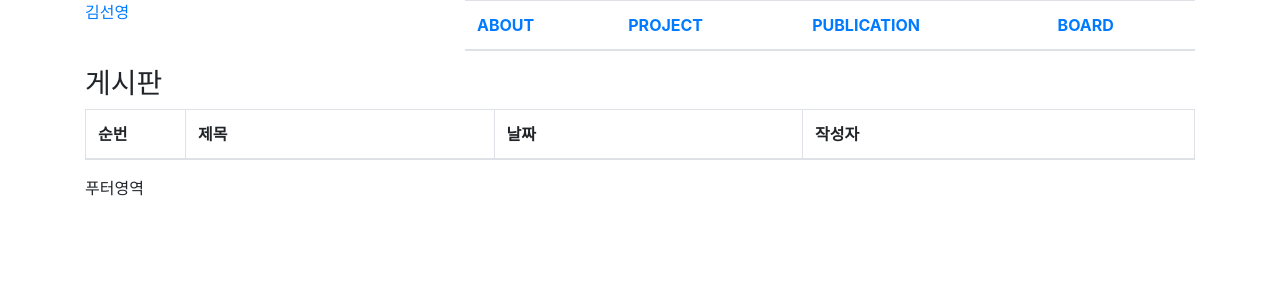
Repository: supremest35/web-projects
Page: http://localhost/noticeboard/board/list.jsp?pno=1
The author's editor kept a copy of each file at every save. The page is drawn from the files as they stood at one save, then again after the next save.
The browser window is 1280 px wide. The pictures show the whole page.
The page is served by Tomcat 9. Other server files are loaded and not shown.

Above is the page before, as saved 2020-12-06 03:39:55.

### noticeboard/WebContent/board/list.jsp
<%@ page language="java" contentType="text/html; charset=UTF-8"
    pageEncoding="UTF-8"%>
<!DOCTYPE html>
<html lang="ko">
<head>
  <title>Bootstrap 4 Example</title>
  <meta charset="utf-8">
  <meta name="viewport" content="width=device-width, initial-scale=1">
  <link rel="stylesheet" href="https://maxcdn.bootstrapcdn.com/bootstrap/4.5.2/css/bootstrap.min.css">
  <script src="https://ajax.googleapis.com/ajax/libs/jquery/3.5.1/jquery.min.js"></script>
  <script src="https://cdnjs.cloudflare.com/ajax/libs/popper.js/1.16.0/umd/popper.min.js"></script>
  <script src="https://maxcdn.bootstrapcdn.com/bootstrap/4.5.2/js/bootstrap.min.js"></script>
</head>
<body>
<div class="container">
	<div class="row">
		<div class="col-2"><a href="index.jsp">김선영</a></div>
		<div class="col-2"></div>
		<div class="col-8">
			<table class="table">
				<thead>
					<tr>
						<th><a href="">ABOUT</a></th>
						<th><a href="">PROJECT</a></th>
						<th><a href="">PUBLICATION</a></th>
						<th><a href="board/list.jsp">BOARD</a></th>
					</tr>
				</thead>
			</table>
		</div>
	</div>
	<div class="row">
		<div class="col-12"><h3>게시판</h3></div>
		<div class="col-12">
			<table class="table table-bordered">
				<thead>
					<tr>
						<th style="width:100px; font-align:center;">순번</th>
						<th>제목</th>
						<th>날짜</th>
						<th>작성자</th>
					</tr>
				</thead>
			</table>
		</div>
	</div>
	<div class="row">
		<div class="col-12">푸터영역</div>
	</div>
</div>
</body>
</html>

After the next save:
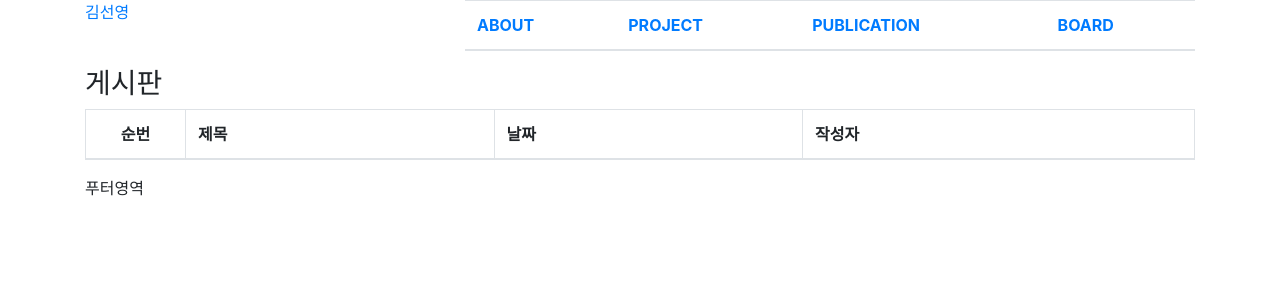
Saved 13 s later.
--- a/noticeboard/WebContent/board/list.jsp
+++ b/noticeboard/WebContent/board/list.jsp
@@ -35,7 +35,7 @@
 			<table class="table table-bordered">
 				<thead>
 					<tr>
-						<th style="width:100px; font-align:center;">순번</th>
+						<th style="width:100px; text-align: center;">순번</th>
 						<th>제목</th>
 						<th>날짜</th>
 						<th>작성자</th>
